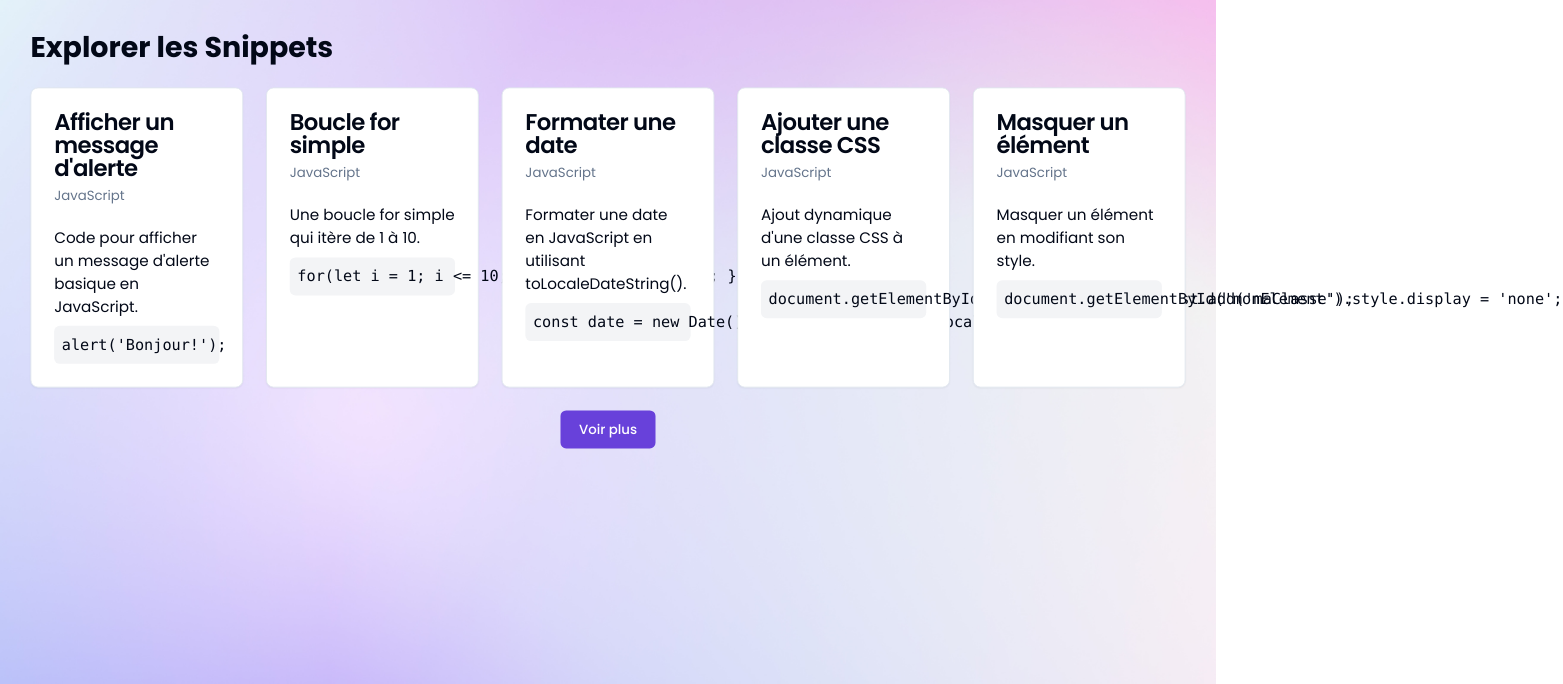
Repository: khadyba/Mediacy
Page: /snippets
The author's editor kept a copy of each file at every save. The page is drawn from the files as they stood at one save, then again after the next save.
The browser window is 1280 px wide. The page is 1645 px wide, then 1280 px, so the pictures cover 1645 px, including what lies to the right of the window. The pictures show the whole page, at 95% of full size.
The project was rebuilt for these pictures with package versions that can differ from the ones it lists, and the page was loaded fresh each time. The framework's server and built-in components were replaced by stand-ins that run in the browser. Also part of the build but not shown: next.config.mjs.

Above is the page before, as saved 2024-09-22 22:27:55.

After the next save:
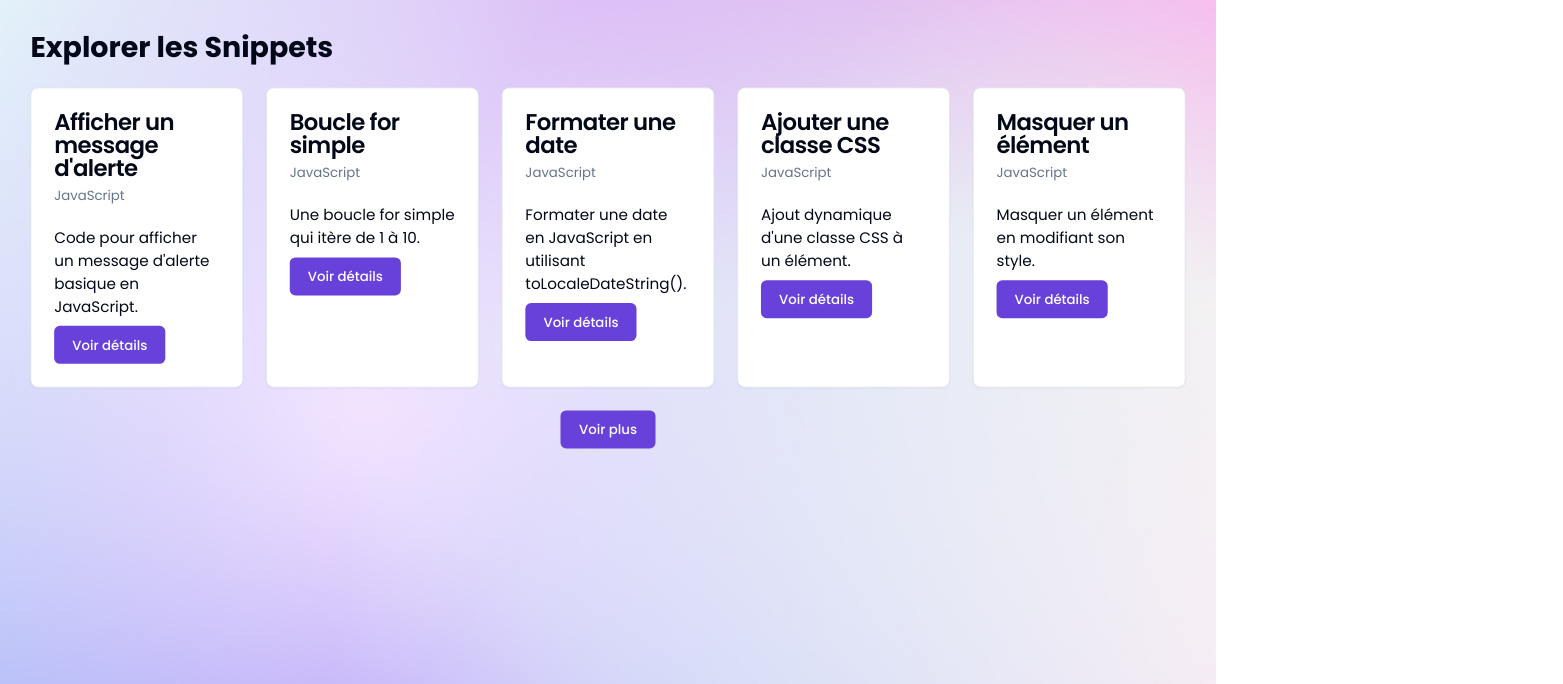
Saved 6 min 2 s later.
--- a/app/_components/CardSnippet.tsx
+++ b/app/_components/CardSnippet.tsx
@@ -13,9 +13,9 @@ type Snippet = {
 };
 
 export default function SnippetList() {
-  // Déclarer l'état en spécifiant le type `Snippet[]`
   const [snippets, setSnippets] = useState<Snippet[]>([]);
   const [visibleCount, setVisibleCount] = useState(5); // État pour le nombre de snippets visibles
+  const [showCode, setShowCode] = useState<number | null>(null); // État pour le code à afficher (par id)
 
   useEffect(() => {
     fetch("/data/snippets.json")
@@ -26,6 +26,15 @@ export default function SnippetList() {
   // Fonction pour charger plus de snippets
   const loadMoreSnippets = () => {
     setVisibleCount((prevCount) => prevCount + 5);
+  };
+
+  // Fonction pour afficher/masquer le code d'un snippet
+  const toggleShowCode = (id: number) => {
+    if (showCode === id) {
+      setShowCode(null); // Si on clique à nouveau, on cache le code
+    } else {
+      setShowCode(id); // Sinon on montre le code
+    }
   };
 
   return (
@@ -40,7 +49,21 @@ export default function SnippetList() {
             </CardHeader>
             <CardContent>
               <p>{snippet.description}</p>
-              <pre className="bg-gray-100 p-2 mt-2 rounded-md">{snippet.code}</pre>
+              {/* Bouton pour voir plus de détails */}
+              <Button
+                variant="secondary"
+                className="mt-2"
+                onClick={() => toggleShowCode(snippet.id)}
+              >
+                {showCode === snippet.id ? "Masquer le code" : "Voir détails"}
+              </Button>
+
+              {/* Affichage du code uniquement si le bouton est cliqué */}
+              {showCode === snippet.id && (
+                <pre className="bg-gray-100 p-2 mt-2 rounded-md">
+                  {snippet.code}
+                </pre>
+              )}
             </CardContent>
           </Card>
         ))}
